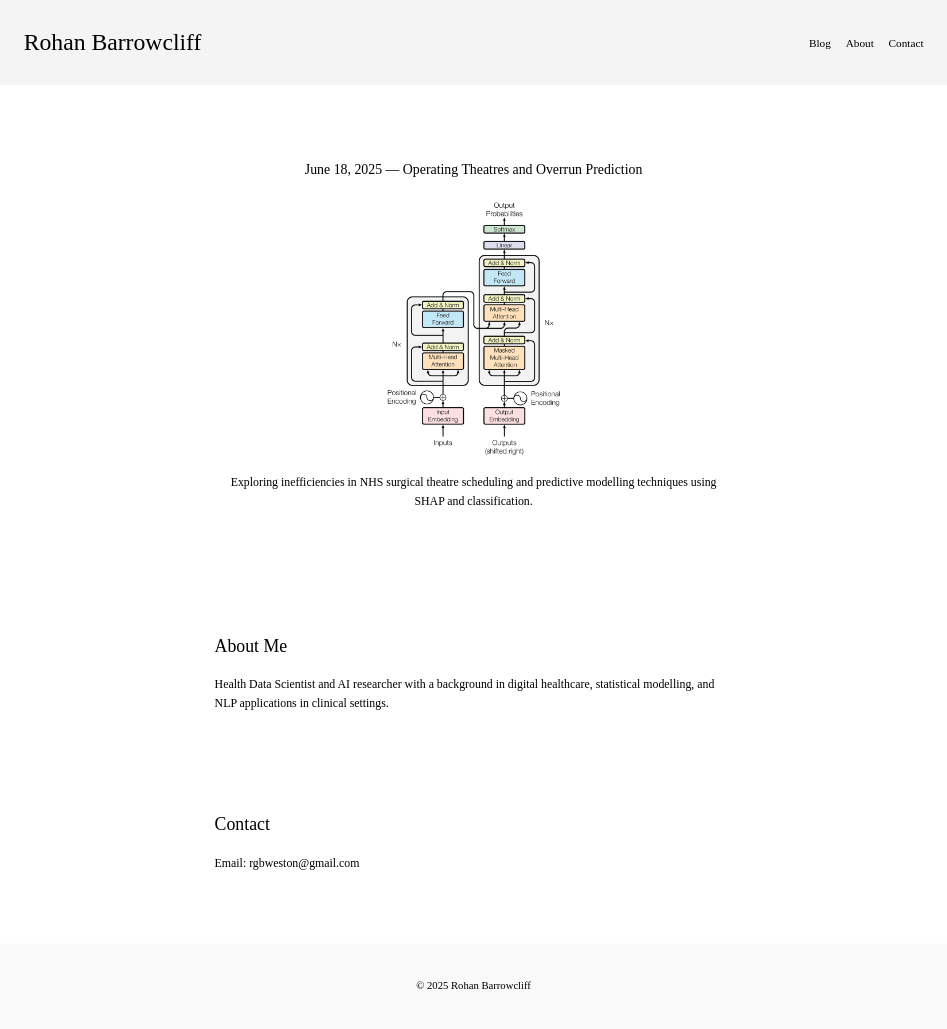
Repository: rgbweston/rgbweston.github.io
Page: index.html
These files come from the project's save history. The page is drawn as it stood at one moment and after the next save; the edit follows.
The browser window is 1280 px wide. The pictures show the whole page, at 74% of full size.

Above is the page before, as saved 2025-06-26 11:56:06.

### index.html
<!DOCTYPE html>
<html lang="en">
<head>
  <meta charset="UTF-8" />
  <meta name="viewport" content="width=device-width, initial-scale=1.0" />
  <meta name="description" content="Rohan Barrowcliff's personal site." />
  <title>Rohan Barrowcliff</title>
  <!-- Favicon -->
  <link rel="icon" href="favicon.ico" type="image/x-icon" />
  <link rel="shortcut icon" href="favicon.ico" type="image/x-icon" />
  <link rel="stylesheet" href="style.css" />
</head>
<body>
  <header class="hero">
    <div class="navbar">
      <h1 class="site-title">Rohan Barrowcliff</h1>
      <nav class="nav-links">
        <a href="#blog">Blog</a>
        <a href="#about">About</a>
        <a href="#contact">Contact</a>
      </nav>
    </div>
  </header>

  <main>
    <section class="section" id="blog">
      <article class="post">
        <h3>
          <a href="operating-theatres-overrun-prediction.html" style="text-decoration:none;color:inherit;">
            June 18, 2025 — Operating Theatres and Overrun Prediction
          </a>
        </h3>
        <img src="transformer.webp"
             alt="Operating Theatres Overrun"
             class="post-image"
             style="max-width:100%; max-height:360px; height:auto; width:auto;" />
        <p>Exploring inefficiencies in NHS surgical theatre scheduling and predictive modelling techniques using SHAP and classification.</p>
      </article>
    </section>

    <section class="section" id="about">
      <h2>About Me</h2>
      <p>Health Data Scientist and AI researcher with a background in digital healthcare, statistical modelling, and NLP applications in clinical settings.</p>
    </section>

    <section class="section" id="contact">
      <h2>Contact</h2>
      <p>Email: <a href="mailto:rgbweston@gmail.com" style="text-decoration:none;color:inherit;">rgbweston@gmail.com</a></p>
    </section>
  </main>

  <footer class="footer">
    <p>&copy; 2025 Rohan Barrowcliff</p>
  </footer>

  <script>
    // Simple fade-in animation on scroll
    const sections = document.querySelectorAll('.section');
    const observer = new IntersectionObserver(entries => {
      entries.forEach(entry => {
        if (entry.isIntersecting) {
          entry.target.classList.add('fade-in');
        }
      });
    }, { threshold: 0.1 });

    sections.forEach(sec => observer.observe(sec));
  </script>
</body>
</html>

### style.css
/* style.css */
body {
    margin: 0;
    font-family: 'Times New Roman', serif;
    line-height: 1.6;
    background: #fff;
    color: #000;
  }

  .navbar {
    display: flex;
    justify-content: space-between;
    align-items: center;
    padding: 2rem;
    background: #f4f4f4;
    flex-wrap: wrap;
  }

  .site-title {
    font-size: 2rem;
    margin: 0;
  }

  .nav-links a {
    margin-left: 1rem;
    text-decoration: none;
    color: #000;
    font-size: 0.95rem;
  }

  main {
    max-width: 700px;
    margin: auto;
    padding: 2rem 1rem;
  }

  .section {
    padding: 3rem 0;
    opacity: 0;
    transform: translateY(20px);
    transition: opacity 0.8s ease-out, transform 0.8s ease-out;
  }

  .section.fade-in {
    opacity: 1;
    transform: translateY(0);
  }

  h1, h2, h3 {
    font-weight: normal;
  }

  .post {
    margin-bottom: 3rem;
    text-align: center;
  }

  .post-image {
    width: 100%;
    max-width: 500px;
    height: auto;
    display: block;
    margin: 1rem auto;
  }

  .read-more {
    display: inline-block;
    margin-top: 1rem;
    text-decoration: underline;
    font-size: 0.9rem;
    color: #000;
  }

  .footer {
    text-align: center;
    padding: 2rem;
    background: #f9f9f9;
    font-size: 0.9rem;
  }

After the next save:
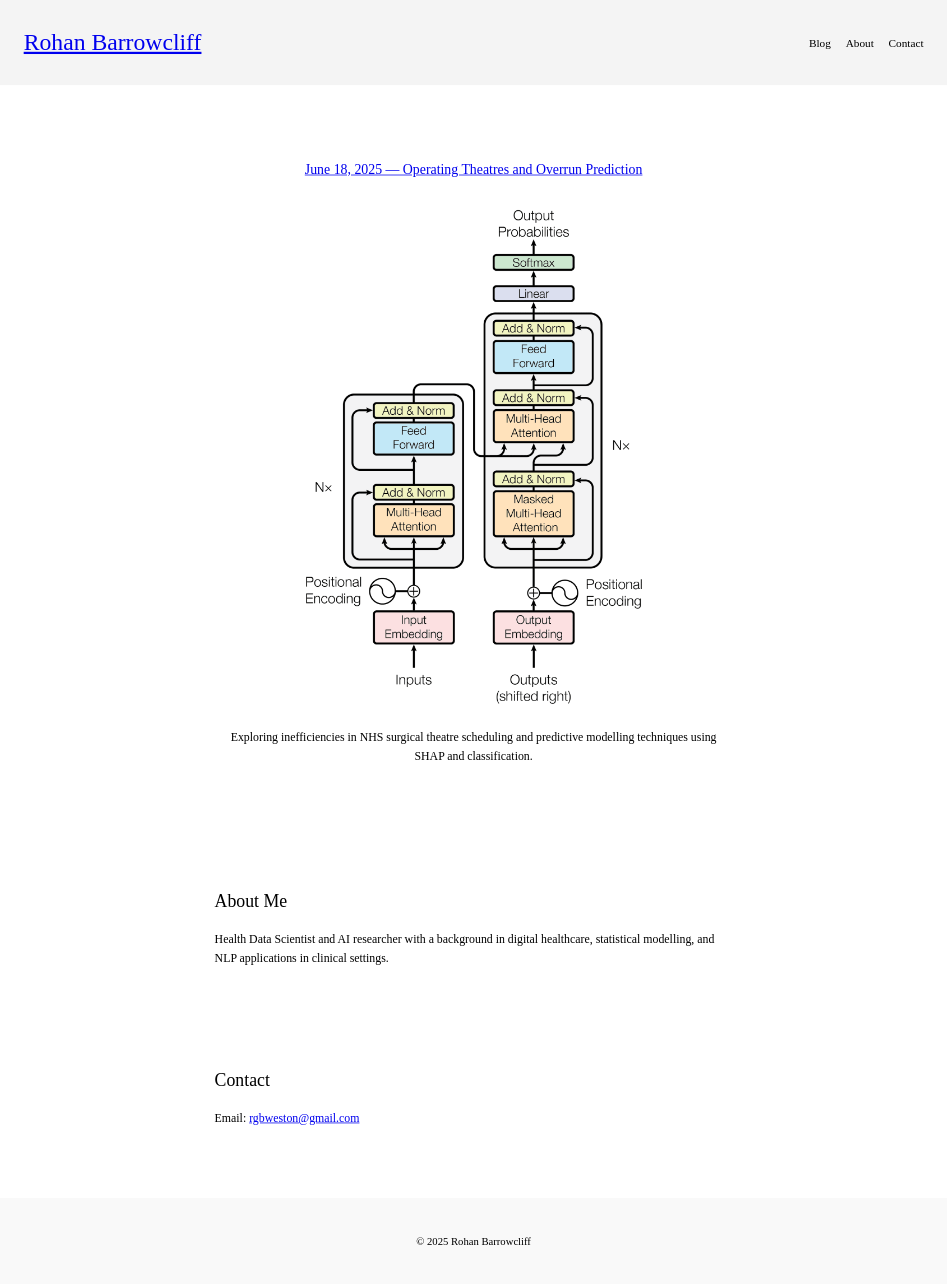
Saved 5 s later.
--- a/index.html
+++ b/index.html
@@ -13,7 +13,9 @@
 <body>
   <header class="hero">
     <div class="navbar">
-      <h1 class="site-title">Rohan Barrowcliff</h1>
+      <h1 class="site-title">
+        <a href="index.html" class="home-link">Rohan Barrowcliff</a>
+      </h1>
       <nav class="nav-links">
         <a href="#blog">Blog</a>
         <a href="#about">About</a>
@@ -25,15 +27,12 @@
   <main>
     <section class="section" id="blog">
       <article class="post">
-        <h3>
-          <a href="operating-theatres-overrun-prediction.html" style="text-decoration:none;color:inherit;">
-            June 18, 2025 — Operating Theatres and Overrun Prediction
-          </a>
+        <h3 class="post-title">
+          <a href="operating-theatres-overrun-prediction.html" class="post-link">June 18, 2025 — Operating Theatres and Overrun Prediction</a>
         </h3>
         <img src="transformer.webp"
              alt="Operating Theatres Overrun"
-             class="post-image"
-             style="max-width:100%; max-height:360px; height:auto; width:auto;" />
+             class="post-image preview-image" />
         <p>Exploring inefficiencies in NHS surgical theatre scheduling and predictive modelling techniques using SHAP and classification.</p>
       </article>
     </section>
@@ -45,7 +44,7 @@
 
     <section class="section" id="contact">
       <h2>Contact</h2>
-      <p>Email: <a href="mailto:rgbweston@gmail.com" style="text-decoration:none;color:inherit;">rgbweston@gmail.com</a></p>
+      <p>Email: <a href="mailto:rgbweston@gmail.com" class="home-link">rgbweston@gmail.com</a></p>
     </section>
   </main>
 
